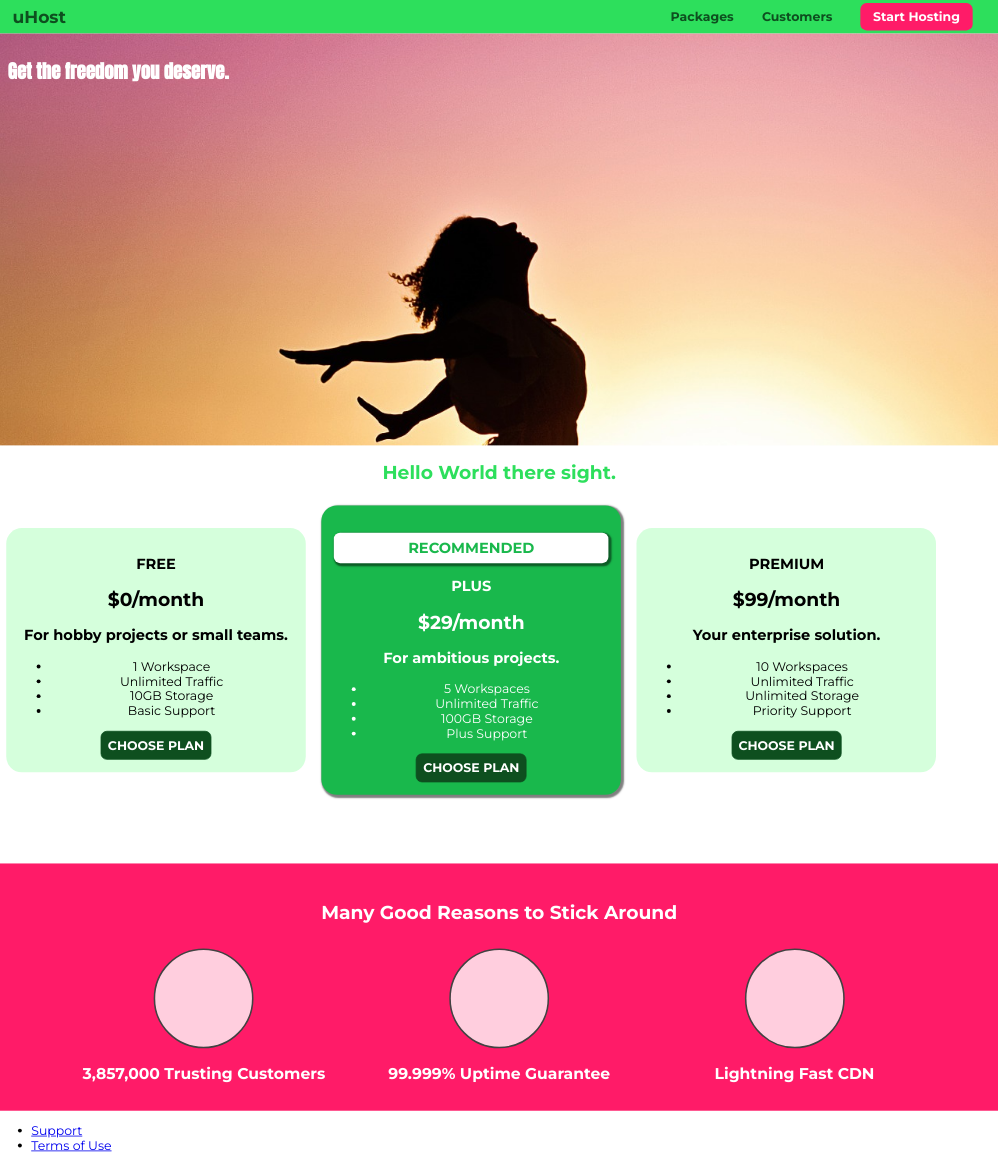
Repository: xtremer15/Css-JS
Page: Css-JS/JS and CSS Study/CSS/basics-01-understanding-the-course-project-starting-code/CSS Study/index.html
The author's editor kept a copy of each file at every save. The page is drawn from the files as they stood at one save, then again after a run of saves.
The browser window is 1280 px wide. The pictures show the whole page, at 78% of full size.

Above is the page before, as saved 2020-04-01 13:28:10.

### Css-JS/JS and CSS Study/CSS/basics-01-understanding-the-course-project-starting-code/CSS Study/index.html
<!DOCTYPE html>
<html lang="en">

<head>
    <meta charset="UTF-8">
    <meta http-equiv="X-UA-Compatible" content="ie=edge">
    <title>uHost</title>
    <link rel="shortcut icon" href="favicon.png">
    <link href="https://fonts.googleapis.com/css?family=Anton" rel="stylesheet">
    <link href="https://fonts.googleapis.com/css?family=Montserrat:400,700" rel="stylesheet">
    <link rel="stylesheet" href="main.css">
</head>

<body>
    <header class="main-header">
        <div>
            <a href="index.html" class="main-header__brand">
                uHost
            </a>
        </div>
        <nav class="main-nav">
            <ul class="main-nav__items">
                <li class="main-nav__item">
                    <a href="packages/index.html">Packages</a>
                </li>
                <li class="main-nav__item">
                    <a href="customers/index.html">Customers</a>
                </li>
                <li class="main-nav__item main-nav__item--cta">
                    <a href="start-hosting/index.html">Start Hosting</a>
                </li>
            </ul>
        </nav>
    </header>
    <main>
        <section id="product-overview">
            <h1>Get the freedom you deserve.</h1>
        </section>
        <section id="plans">
            <h1 class="section-title">Hello World there sight.</h1>
            <div>
                <article class="plan">
                    <h1>FREE</h1>
                    <h2>$0/month</h2>
                    <h3>For hobby projects or small teams.</h3>
                    <ul>
                        <li>1 Workspace</li>
                        <li>Unlimited Traffic</li>
                        <li>10GB Storage</li>
                        <li>Basic Support</li>
                    </ul>
                    <div>
                        <button class="button">CHOOSE PLAN</button>
                    </div>
                </article>
                <article class="plan plan--highlighted">
                    <h1 class="plan__recommanded">RECOMMENDED</h1>
                    <h1>PLUS</h1>
                    <h2>$29/month</h2>
                    <h3>For ambitious projects.</h3>
                    <ul>
                        <li>5 Workspaces</li>
                        <li>Unlimited Traffic</li>
                        <li>100GB Storage</li>
                        <li>Plus Support</li>
                    </ul>
                    <div>
                        <button class="button">CHOOSE PLAN</button>
                    </div>
                </article>
                <article class="plan">
                    <h1>PREMIUM</h1>
                    <h2>$99/month</h2>
                    <h3>Your enterprise solution.</h3>
                    <ul>
                        <li>10 Workspaces</li>
                        <li>Unlimited Traffic</li>
                        <li>Unlimited Storage</li>
                        <li>Priority Support</li>
                    </ul>
                    <div>
                        <button class="button">CHOOSE PLAN</button>
                    </div>
                </article>
            </div>
        </section>
        <section id="key-features">
            <h1 class="section-title">Many Good Reasons to Stick Around</h1>
            <ul class="key-feature__list">
                <li class="key-feature__item">
                    <div class="key-feature__img">

                    </div>
                    <p class="key-feature__description">3,857,000 Trusting Customers</p>
                </li>
                <li class="key-feature__item">
                    <div class="key-feature__img">

                    </div>
                    <p class="key-feature__description">99.999% Uptime Guarantee</p>
                </li>
                <li class="key-feature__item">
                    <div class="key-feature__img">

                    </div>
                    <p class="key-feature__description">Lightning Fast CDN</p>
                </li>
            </ul>
        </section>
    </main>
    <footer class="main-footer">
        <nav>
            <ul class="main-footer__links">
                <li class="main-footer__link">
                    <a href="#">Support</a>
                </li>
                <li class="main-footer__link">
                    <a href="#">Terms of Use</a>
                </li>
            </ul>
        </nav>
    </footer>
</body>

</html>

### Css-JS/JS and CSS Study/CSS/basics-01-understanding-the-course-project-starting-code/CSS Study/main.css
* {
  box-sizing: border-box;
}

body {
  font-family: "Montserrat", sans-serif;
  margin: 0;
}

#product-overview {
  background: url("freedom.jpg");
  width: 100%;
  height: 528px;
  padding: 10px;
}

.section-title {
  color: #2ddf5c;
  text-align: center;
}

#product-overview h1 {
  color: white;
  font-family: "Anton", sans-serif;
}

.plan {
  background: #d5ffdc;
  text-align: center;
  padding: 16px;
  margin: 8px;
  display: inline-block;
  width: 30%;
  vertical-align: middle;
  border-radius: 20px;
}

.plan--highlighted {
  background-color: #19b84c;
  color: white;
  box-shadow: 2px 2px 2px 2px rgba(0, 0, 0, 0.5);
}

.plan__recommanded {
  background: white;
  color: #19b84c;
  padding: 8px;
  box-shadow: 2px 2px 2px 2px rgba(0, 0, 0, 0.5);
  border-radius: 8px;
}

.button {
  background: #0e4f1f;
  color: #fff;
  font: inherit;
  border: 1px solid #0e4f1f;
  padding: 8px;
  border-radius: 8px;
  font-weight: bold;
  cursor: pointer;
}

button:hover,
button:active {
  background: white;
  color: #0e4f1f;
}

.button:focus {
  outline: none;
}

#key-features {
  background: #ff1b68;
  margin-top: 80px;
  padding: 16px;
}

#key-features .section-title {
  color: white;
  margin: 32px;
}

.key-feature__list {
  list-style: none;
  margin: 0;
  padding: 0;
  text-align: center;
}

.key-feature__item {
  display: inline-block;
  width: 30%;
  vertical-align: top;
}

.key-feature__img {
  background: #ffcede;
  width: 128px;
  height: 128px;
  border: 2px solid #424242;
  border-radius: 50%;
  margin: auto;
}

.key-feature__description {
  text-align: center;
  font-weight: bold;
  color: #fff;
  font-size: 20px;
}

/* h1 {
  font-family: sans-serif;
} */

.main-header {
  width: 100%;
  background: #2ddf5c;
  padding: 8px 16px;
}

.main-header > div {
  display: inline-block;
  vertical-align: middle;
}

.main-header__brand {
  color: #0e4f1f;
  text-decoration: none;
  font-weight: bold;
  font-size: 22px;
}

.main-nav {
  display: inline-block;
  text-align: right;
  width: calc(100% - 74px);
  vertical-align: middle;
}

.main-nav__items {
  margin: 0;
  padding: 0;
  list-style: none;
}

.main-nav__item {
  display: inline-block;
  margin: 0 16px;
}

.main-nav__item a {
  text-decoration: none;
  color: #0e4f1f;
  font-weight: bold;
  padding: 3px 0;
}

.main-nav__item a:hover,
.main-nav__item a:active {
  color: white;
  border-bottom: 5px solid white;
}

.main-nav__item--cta a {
  color: white;
  background: #ff1b68;
  padding: 8px 16px;
  border-radius: 8px;
}

.main-nav__item--cta a:hover,
.main-nav__item--cta a:active {
  color: #ff1b68;
  background: white;
  border: none;
}

After the next 18 saves:
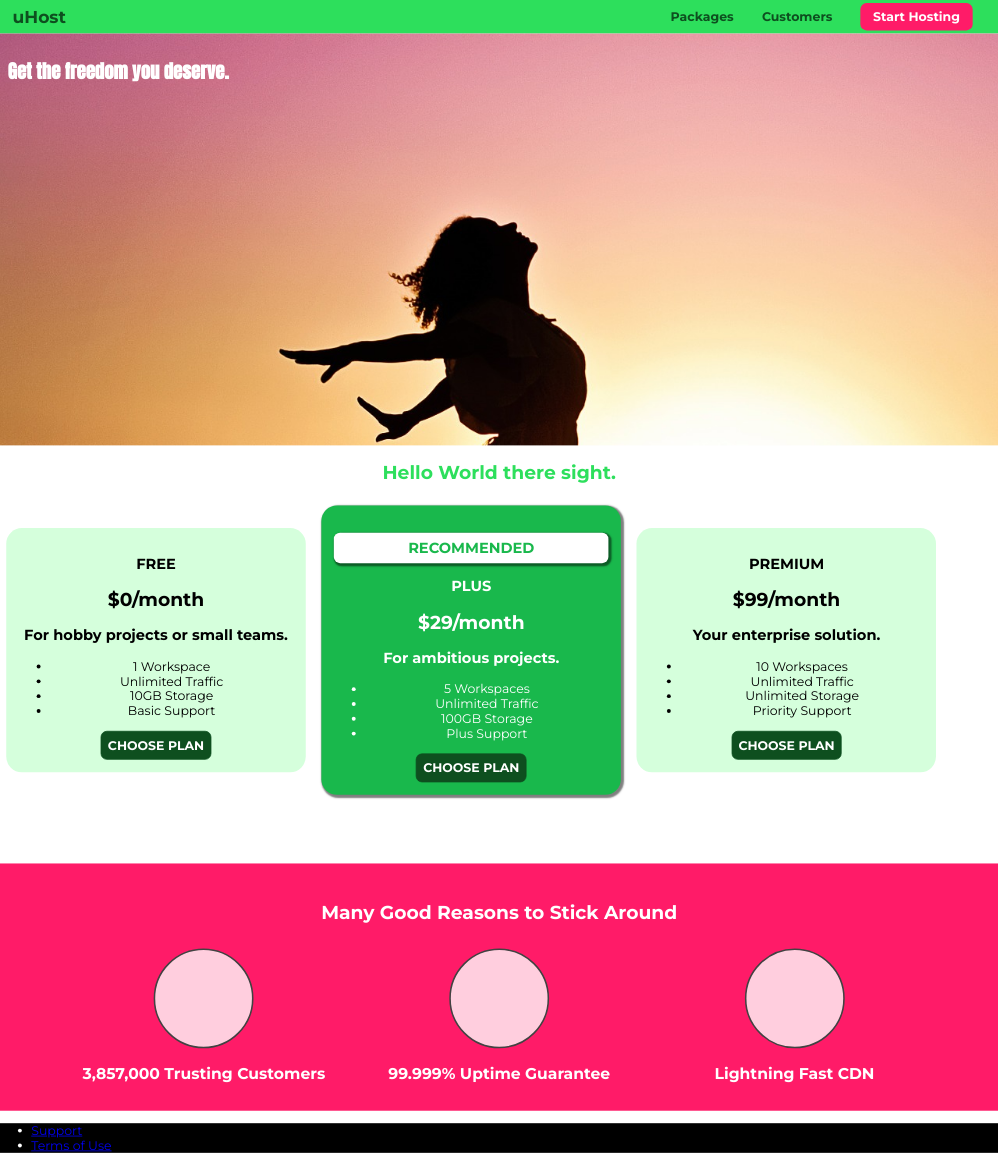
The 18 saves are shown as one change because they came seconds apart.
The last was saved 7 min 56 s later.
--- a/Css-JS/JS and CSS Study/CSS/basics-01-understanding-the-course-project-starting-code/CSS Study/main.css
+++ b/Css-JS/JS and CSS Study/CSS/basics-01-understanding-the-course-project-starting-code/CSS Study/main.css
@@ -176,3 +176,8 @@ button:active {
   background: white;
   border: none;
 }
+
+.main-footer {
+  background: black;
+  color: #fff;
+}
